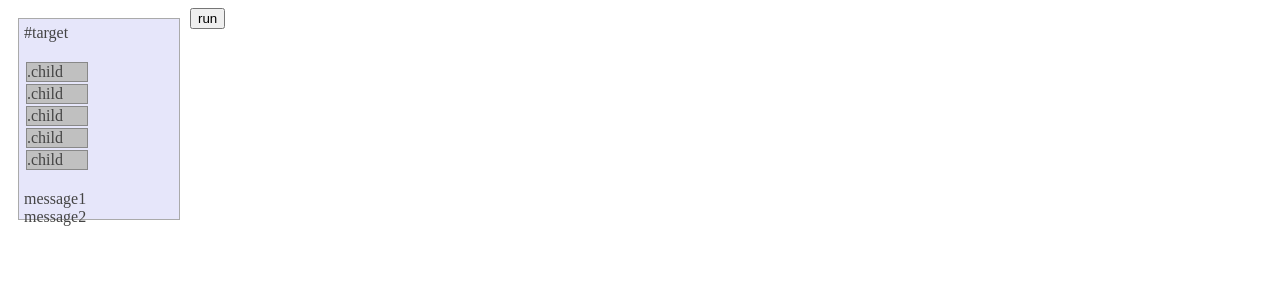
Repository: silenttemplar/java_start_project
Page: hansung_ee_2014/hansung_jquery_exercise/WebContent/11. Empty elements.html
The author's editor kept a copy of each file at every save. The page is drawn from the files as they stood at one save, then again after the next save.
The browser window is 1280 px wide. The pictures show the whole page.
After loading, the first visible `input` was clicked once.

Above is the page before, as saved 2014-08-27 07:32:10.

After the next save:
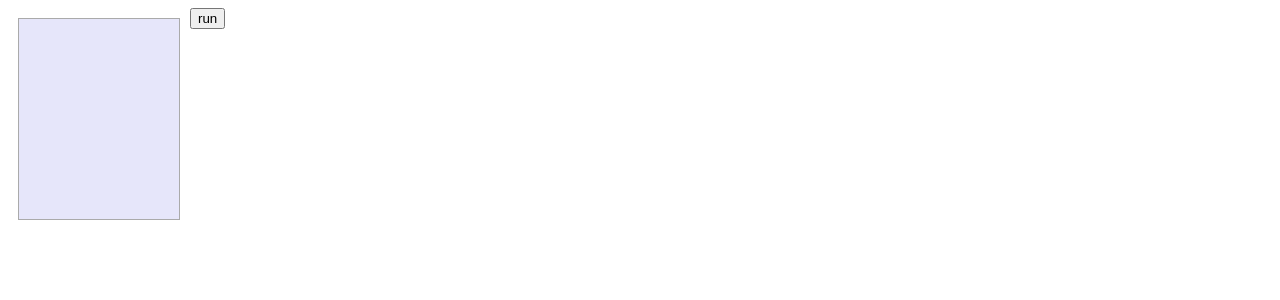
Saved 41 s later.
--- a/hansung_ee_2014/hansung_jquery_exercise/WebContent/11. Empty elements.html
+++ b/hansung_ee_2014/hansung_jquery_exercise/WebContent/11. Empty elements.html
@@ -9,7 +9,7 @@
 	 * 함수 : empty() or children(), remove(), text()
 	 */
 	function run() {
-//
+			$("#target").empty();
 
 	}
 </script>
